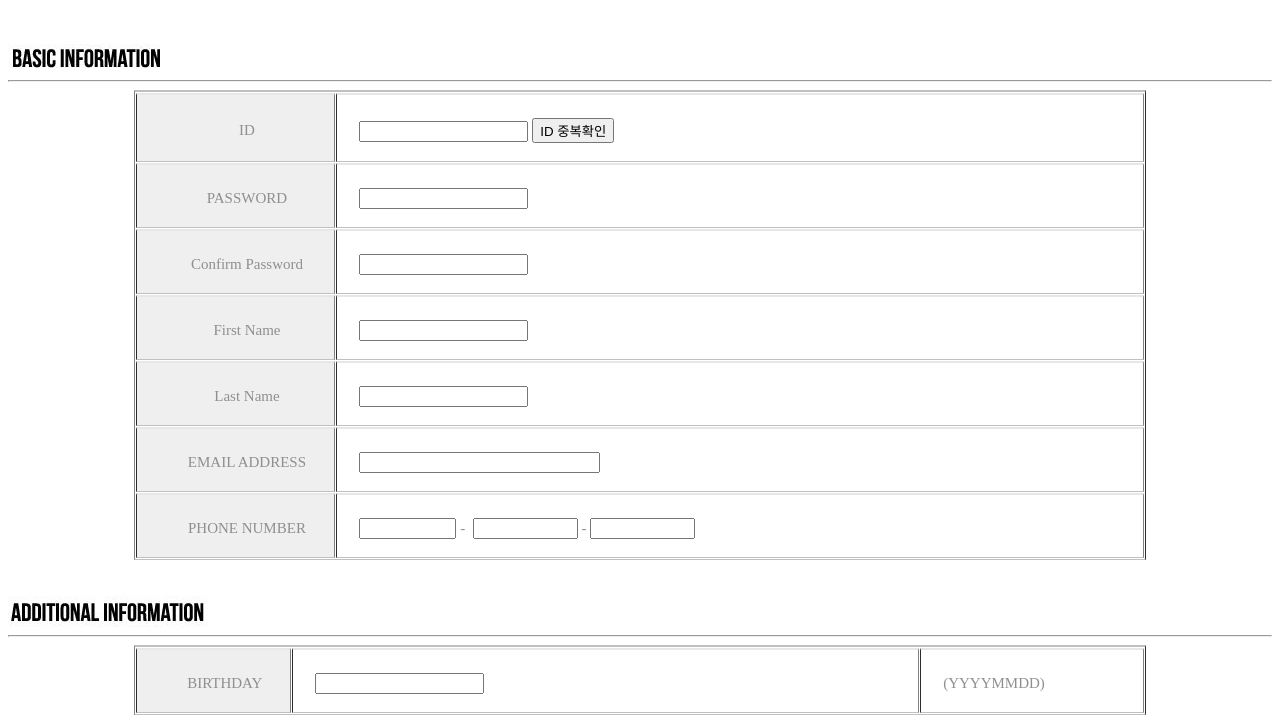
Repository: kminjoo/Making-website-using-JSP
Page: http://localhost/website_project/Register.jsp
These files come from the project's save history. The page is drawn as it stood at one moment and after the next save; the edit follows.
The browser window is 1280 px wide. The pictures show the whole page.
The page is served by Tomcat 9. Other server files are loaded and not shown.

Above is the page before, as saved 2015-07-21 14:22:24.

### website_project/WebContent/Register.jsp
<%@ page language="java" contentType="text/html; charset=EUC-KR"
    pageEncoding="EUC-KR"%>
<!DOCTYPE html PUBLIC "-//W3C//DTD HTML 4.01 Transitional//EN" "http://www.w3.org/TR/html4/loose.dtd">
<html>
<head>
<meta http-equiv="Content-Type" content="text/html; charset=EUC-KR">
<title>Welcome to Minjoo's Website!</title>
<link href="style.css" rel="stylesheet" type="text/css">

<script language="JavaScript" src="script.js"></script>
</head>
<body><br><br>
<div><img src="<%=request.getContextPath() %>/images/basicInfo.JPG"/></div>
<hr>
<table border="1" cellpadding="18" cellspacing="1" width="80%" align="center">
<form name="regForm" method="post" action="RegisterProc.jsp">
	<tr>
		<td width="13%" align="center" bgcolor="#EFEFEF">ID</td>
		<td width="60%"><input type="text" name="mem_id" size="18">
		<input type="button" value="ID 중복확인" onClick="idCheck(this.form.mem_id.value)"></td>
	</tr>
	<tr>
		<td width="13%" align="center" bgcolor="#EFEFEF">PASSWORD</td>
		<td width="60%"><input type="password" name="mem_passwd" size="18">
	</tr>
	<tr>
		<td width="13%" align="center" bgcolor="#EFEFEF">Confirm Password</td>
		<td width="60%"><input type="password" name="mem_repasswd" size="18">
	</tr>
	<tr>
		<td width="13%" align="center" bgcolor="#EFEFEF">First Name</td>
		<td width="60%"><input type="text" name="mem_firstname" size="18"></td>
	</tr>
	<tr>
		<td width="13%" align="center" bgcolor="#EFEFEF">Last Name</td>
		<td width="60%"><input type="text" name="mem_lastname" size="18"></td>
	</tr>
	<tr>
		<td width="13%" align="center" bgcolor="#EFEFEF">EMAIL ADDRESS</td>
		<td width="60%"><input type="text" name="mem_email" size="27">
	</tr>
	<tr>
		<td width="13%" align="center" bgcolor="#EFEFEF">PHONE NUMBER</td>
		<td width="30%"><input type="text" name="mem_phone1" size="9">&nbsp;-&nbsp;
		<input type="text" name="mem_phone2" size="10">&nbsp;-&nbsp;<input type="text" name="mem_phone3" size="10"></td>
	</tr>

</table>
<br><br>
<div><img src="<%=request.getContextPath() %>/images/additional.JPG"/></div>
<hr>
<table border="1" cellpadding="18" cellspacing="1" width="80%" align="center">
<tr>
		<td width="13%" align="center" bgcolor="#EFEFEF">BIRTHDAY</td>
		<td width="60%"><input type="text" name="mem_id" size="18"></td>
		<td>(YYYYMMDD)</td>
</tr>
</table>
</form>

</body>
</html>

### website_project/WebContent/style.css
@CHARSET "EUC-KR";

hr {
    display: block;
    margin-top: 0.5em;
    margin-bottom: 0.5em;
    margin-left: auto;
    margin-right: auto;
    border-style: inset;
    border-width: 1px;
}

/*table {
    display: table;
    border-collapse: collpase;
    border-spacing: 0px;
    border-color: #EFEFEF;
}*/

img{vertical-align:middle;}

table{table-layout:fixed;border-top:2px solid #c0c0c0;border-bottom:1px solid #c0c0c0;}

td{padding:23px 0 18px 22px;border-top:2px solid #e7e7e7;color:#8f8f8f;line-height:140%;font-size:15px;}

### website_project/WebContent/script.js
/**
 *
 */


function loginCheck(){
	if(document.login.mem_id.value==""){
		alert("Enter your ID.");
		document.login.mem_id.focus();
		return;
	}
	if(document.login.mem_passwd.value==""){
		alert("Enter your password.");
		document.login.mem_passwd.focus();
		return;
	}
	document.login.submit();

}

function memberReg(){
	location.href ="Register.jsp";
}
function idCheck(id){
	if(id == ""){
	alert("Enter your ID.");
	document.regForm.mem_id.focus();
	}else{
		url="IdCheck.jsp?mem_id=" + id;
		window.open(url,"post","width=300,height=150");
	}
}

function inputCheck(){
	if(document.regForm.mem_id.value==""){
		alert("Enter your ID.");
		document.regForm.mem_id.focus();
		return;
	}
	if(document.regForm.mem_password.value==""){
		alert("Enter your Password.");
		document.regForm.mem_password.focus();
		return;
	}
	if(document.regForm.mem_repasswd.value==""){
		alert("Enter your Password.");
		document.regForm.mem_repasswd.focus();
		return;
	}

	if(document.regForm.mem_password.value != document.regForm.mem_repasswd.value){
		alert("Passwords do not match.");
		document.regForm.mem_passwd.focus();
		return;
	}

	if(document.regForm.mem_firstname.value==""){
		alert("Enter your first name.");
		document.regForm.mem_firstname.focus();
		return;
	}
	if(document.regForm.mem_lastname.value==""){
		alert("Enter your last name.");
		document.regForm.mem_lastname.focus();
		return;
	}
	if(document.regForm.mem_email.value==""){
		alert("Enter your email address.");
		document.regForm.mem_email.focus();
		return;
	}
	if(document.regForm.mem_phone1.value==""){
		alert("Enter your phone number.");
		document.regForm.mem_phone1.focus();
		return;
	}
	if(document.regForm.mem_phone2.value==""){
		alert("Enter your phone number.");
		document.regForm.mem_phone2.focus();
		return;
	}
	if(document.regForm.mem_phone3.value==""){
		alert("Enter your phone number.");
		document.regForm.mem_phone3.focus();
		return;
	}

	var str = document.regForm.mem_email.value;
	var atPos = str.indexOf('@');
	var atLastPos = str.lastIndexOf('@');
	var dotPos = str.indexOf('.');
	var spacePos = str.indexOf(' ');
	var commaPos = str.indexOf(',');
	var emailSize = str.length;

	if(atPos>1 && atPos == atLastPos && dotPos > 3 && spacePos == -1 &&
			commaPos == -1 && atPos + 1 < dotPos && dotPos + 1 < emailSize );
	else{
		alert("This e-mail address is incorrectly formatted. \n\r Please try again.");
		document.regForm.mem_email.focus();
		return;
	}

	document.regForm.submit();
}

function inputCheck2(){
	if(document.regForm.mem_id.value==""){
		alert("Enter your ID.");
		document.regForm.mem_id.focus();
		return;
	}
	if(document.regForm.mem_password.value==""){
		alert("Enter your Password.");
		document.regForm.mem_password.focus();
		return;
	}

	if(document.regForm.mem_firstname.value==""){
		alert("Enter your first name.");
		document.regForm.mem_firstname.focus();
		return;
	}
	if(document.regForm.mem_lastname.value==""){
		alert("Enter your last name.");
		document.regForm.mem_lastname.focus();
		return;
	}
	if(document.regForm.mem_email.value==""){
		alert("Enter your email address.");
		document.regForm.mem_email.focus();
		return;
	}
	if(document.regForm.mem_phone1.value==""){
		alert("Enter your phone number.");
		document.regForm.mem_phone1.focus();
		return;
	}
	if(document.regForm.mem_phone2.value==""){
		alert("Enter your phone number.");
		document.regForm.mem_phone2.focus();
		return;
	}
	if(document.regForm.mem_phone3.value==""){
		alert("Enter your phone number.");
		document.regForm.mem_phone3.focus();
		return;
	}

	var str = document.regForm.mem_email.value;
	var atPos = str.indexOf('@');
	var atLastPos = str.lastIndexOf('@');
	var dotPos = str.indexOf('.');
	var spacePos = str.indexOf(' ');
	var commaPos = str.indexOf(',');
	var emailSize = str.length;

	if(atPos>1 && atPos == atLastPos && dotPos > 3 && spacePos == -1 &&
			commaPos == -1 && atPos + 1 < dotPos && dotPos + 1 < emailSize );
	else{
		alert("This e-mail address is incorrectly formatted. \n\r Please try again.");
		document.regForm.mem_email.focus();
		return;
	}

	document.regForm.submit();
}

function win_close()
{
	self.close();
}

function searchInputCheck(sform){
	if(sform.search.value==""){
	alert("Enter what you want to search");
	sform.search.focus();
	return false;
}
	sform.submit();
}

After the next save:
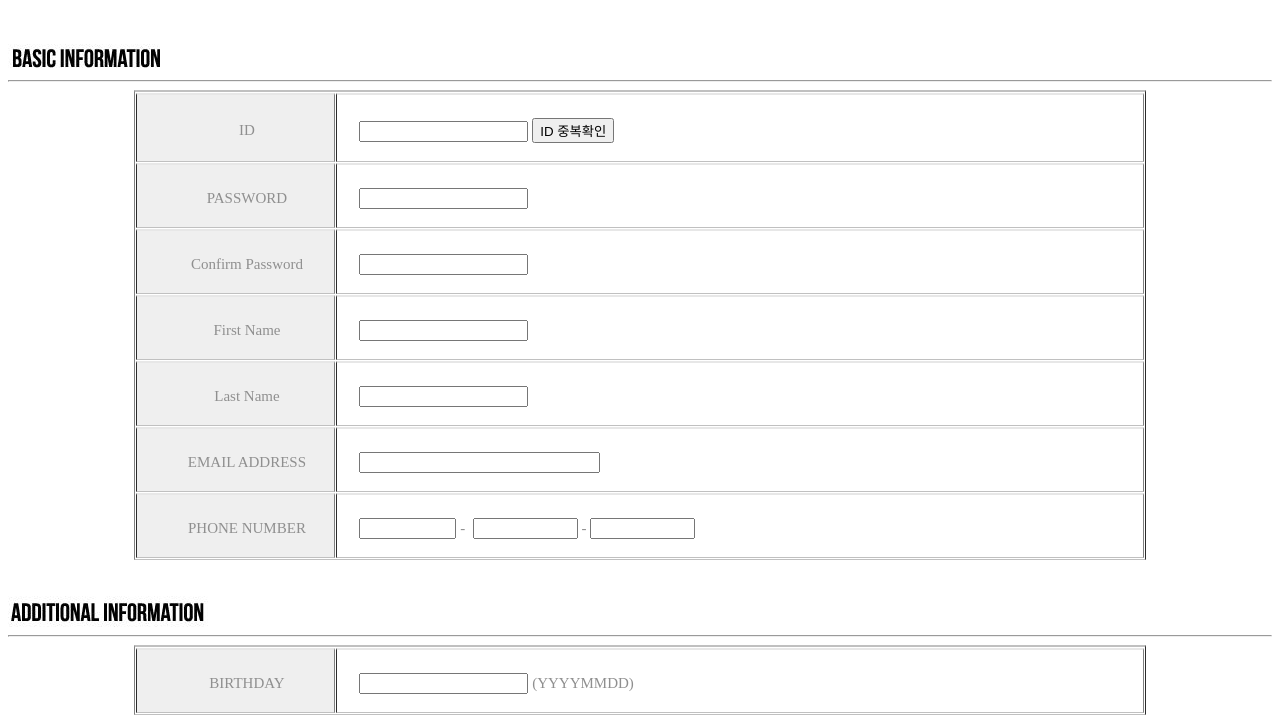
Saved 12 s later.
--- a/website_project/WebContent/Register.jsp
+++ b/website_project/WebContent/Register.jsp
@@ -52,8 +52,8 @@
 <table border="1" cellpadding="18" cellspacing="1" width="80%" align="center">
 <tr>
 		<td width="13%" align="center" bgcolor="#EFEFEF">BIRTHDAY</td>
-		<td width="60%"><input type="text" name="mem_id" size="18"></td>
-		<td>(YYYYMMDD)</td>
+		<td width="60%"><input type="text" name="mem_id" size="18">
+		(YYYYMMDD)</td>
 </tr>
 </table>
 </form>
